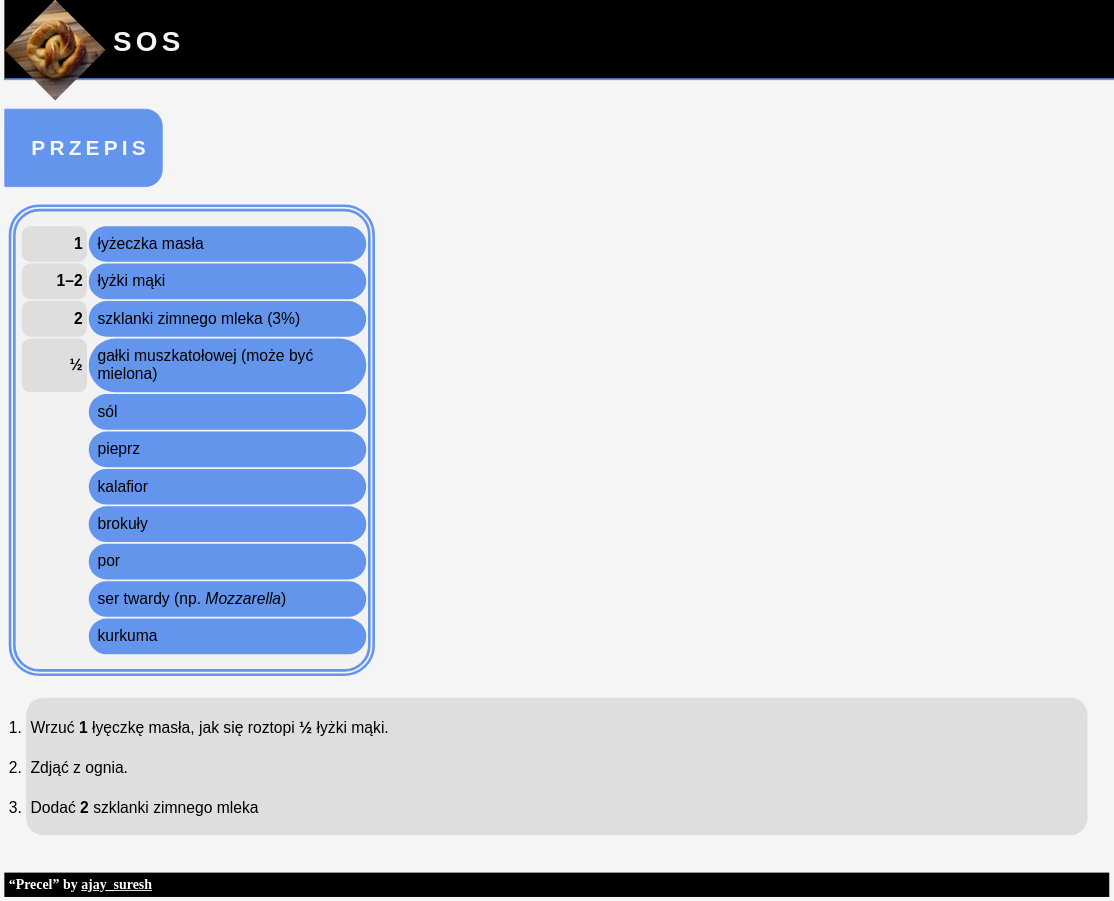
Repository: yaoayh/przepisy
Page: sos_beszamelowy_zapiekany.html
An editor plug-in stored every save of this project. The page is shown before and after the next save, followed by the edit.
The browser window is 1280 px wide. The pictures show the whole page, at 87% of full size.

Above is the page before, as saved 2020-08-12 23:26:16.

After the next save:
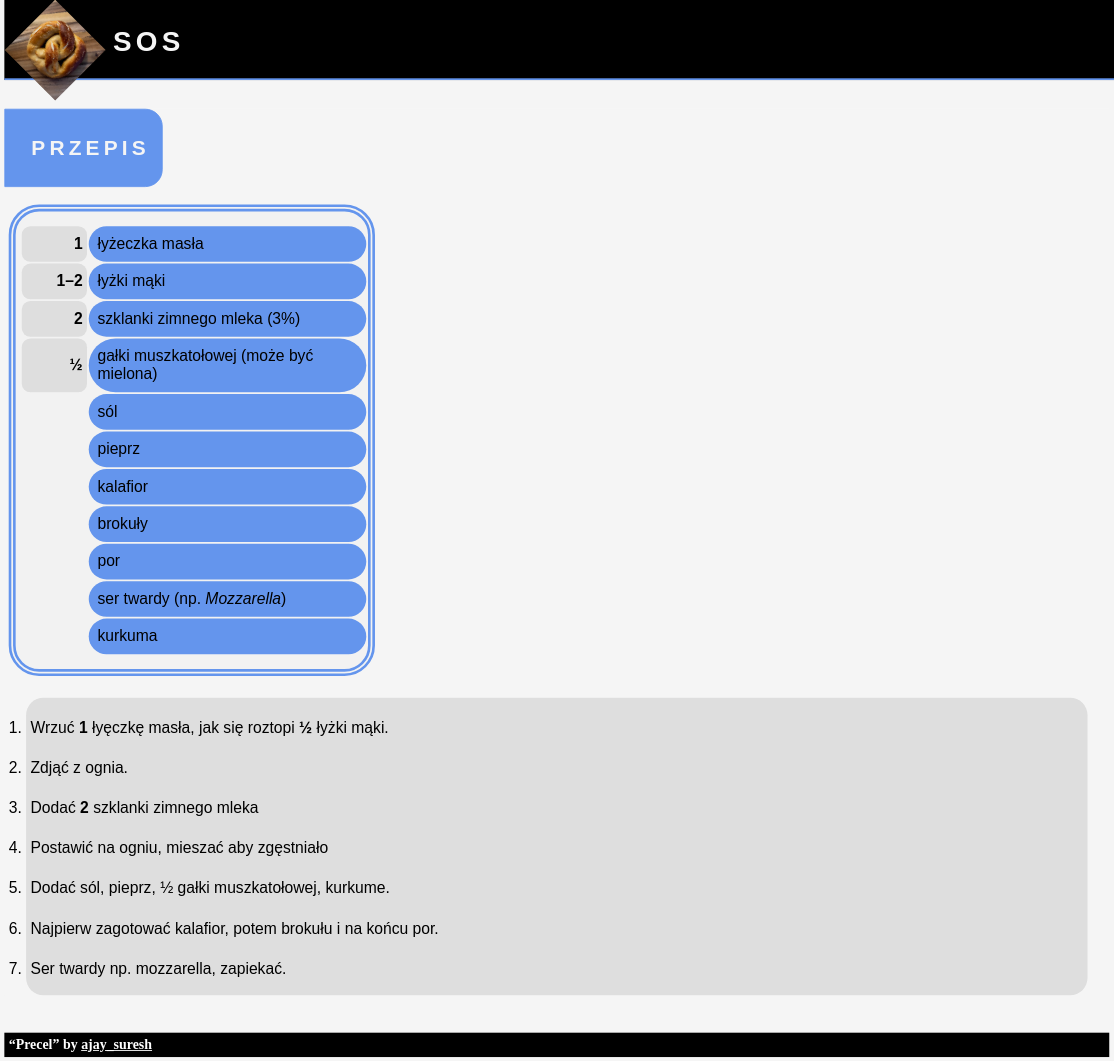
Saved 57 min 55 s later.
--- a/sos_beszamelowy_zapiekany.html
+++ b/sos_beszamelowy_zapiekany.html
@@ -121,6 +121,10 @@
                     <li>Wrzuć <strong>1</strong> łyęczkę masła, jak się roztopi <strong>&frac12;</strong> łyżki mąki.</li>
                     <li>Zdjąć z ognia.</li>
                     <li>Dodać <strong>2</strong> szklanki zimnego mleka</li>
+                    <li>Postawić na ogniu, mieszać aby zgęstniało</li>
+                    <li>Dodać sól, pieprz, &frac12; gałki muszkatołowej, kurkume.</li>
+                    <li>Najpierw zagotować kalafior, potem brokułu i na końcu por.</li>
+                    <li>Ser twardy np. mozzarella, zapiekać.</li>
                 </ol>
             </div>
 
